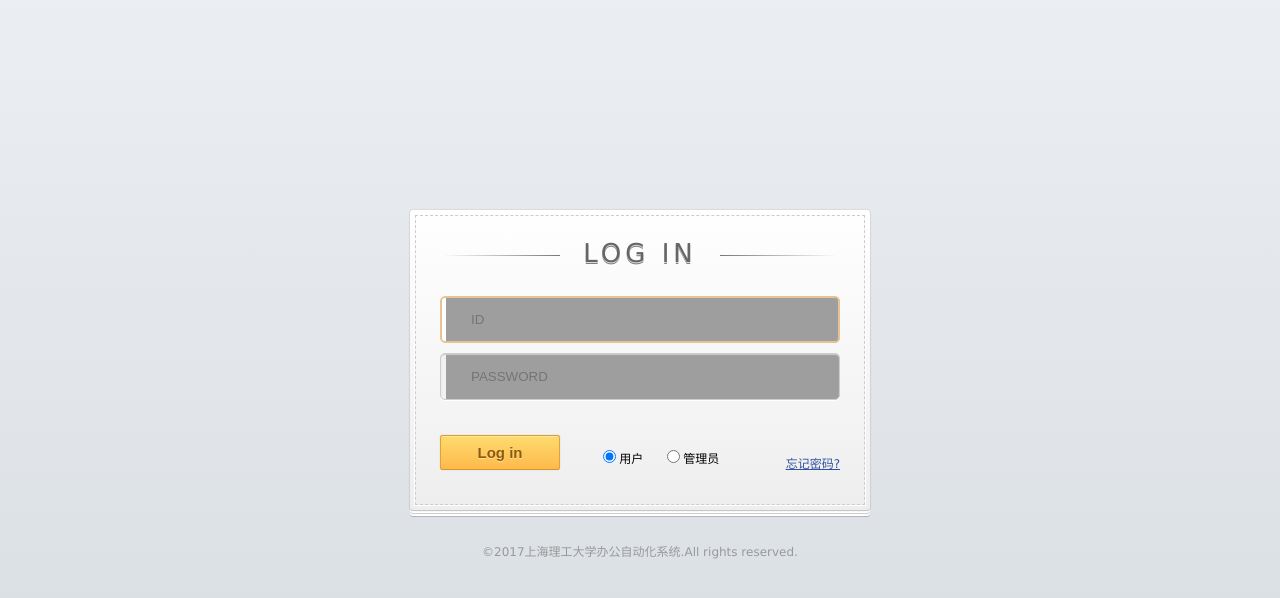
Repository: krzyty/OA_USST
Page: http://localhost/USSTOA/
An editor plug-in stored every save of this project. The page is shown before and after the next save, followed by the edit.
The browser window is 1280 px wide. The pictures show the whole page.
Pictures or frames that could not be fetched are drawn as grey boxes. The page is served by Tomcat 9.

Above is the page before, as saved 2017-07-05 05:38:18.

After the next save:
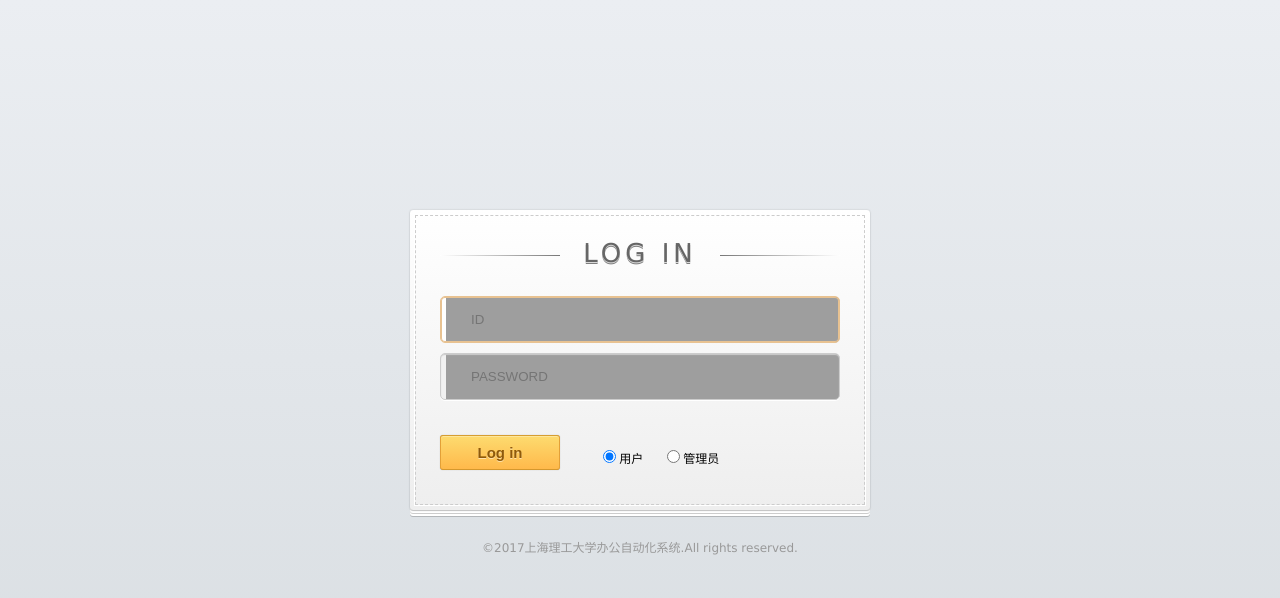
Saved 39 s later.
--- a/整合好的(不能修改)/OA_USST/USSTOA/WebContent/login.jsp
+++ b/整合好的(不能修改)/OA_USST/USSTOA/WebContent/login.jsp
@@ -236,13 +236,11 @@ fieldset {
 		</fieldset>
 
 		<fieldset id="actions">
-
 			<input type="submit" id="submit" value="Log in">
-
 				<p>
-					&nbsp&nbsp&nbsp&nbsp&nbsp&nbsp&nbsp&nbsp&nbsp <input type="radio"
-						name="role" value="user" checked="checked" />用户 &nbsp&nbsp&nbsp <input
-						type="radio" name="role" value="admin" />管理员 <a href="">忘记密码?</a>
+					&nbsp&nbsp&nbsp&nbsp&nbsp&nbsp&nbsp&nbsp&nbsp
+					<input type="radio"name="role" value="user" checked="checked" />用户 &nbsp&nbsp&nbsp
+					<input type="radio" name="role" value="admin" />管理员 <!-- <a href="">忘记密码?</a> -->
 				</p>
 		</fieldset>
 
